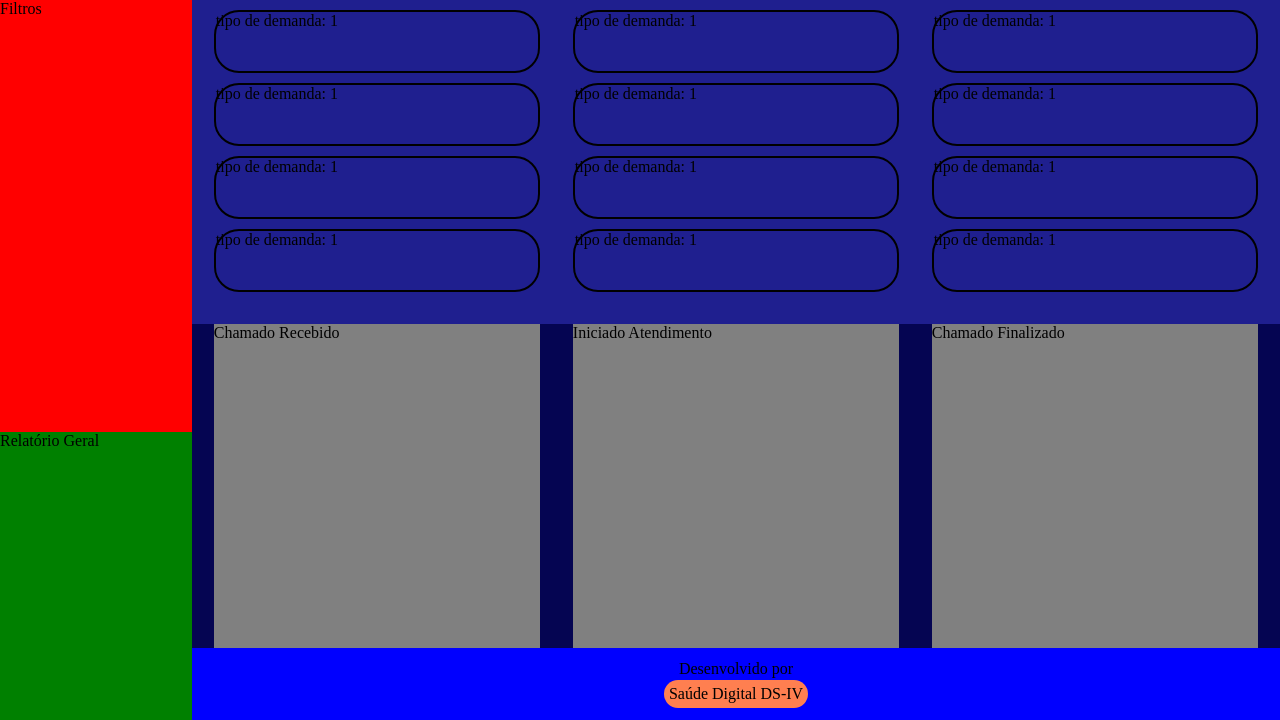
Repository: br-on/ddaf-chamados
Page: index.html
The author's editor kept a copy of each file at every save. The page is drawn from the files as they stood at one save, then again after the next save.
The browser window is 1280 px wide. The pictures show the whole page.

Above is the page before, as saved 2025-01-19 20:49:27.

### index.html
<!DOCTYPE html>
<html lang="pt-br">
<head>
    <meta charset="UTF-8">
    <meta name="viewport" content="width=device-width, initial-scale=1.0">
    <link rel="stylesheet" href="style.css">
    <title>Radar de Chamados</title>
</head>
<body>
    <header>
        <section class="filtros">Filtros</section>
        <section class="percentual">Relatório Geral</section>
    </header>
    <main>
        <section class="tipos-demandas">
            <div class="demanda-tipo">tipo de demanda: 1</div>
            <div class="demanda-tipo">tipo de demanda: 1</div>
            <div class="demanda-tipo">tipo de demanda: 1</div>
            <div class="demanda-tipo">tipo de demanda: 1</div>
            <div class="demanda-tipo">tipo de demanda: 1</div>
            <div class="demanda-tipo">tipo de demanda: 1</div>
            <div class="demanda-tipo">tipo de demanda: 1</div>
            <div class="demanda-tipo">tipo de demanda: 1</div>
            <div class="demanda-tipo">tipo de demanda: 1</div>
            <div class="demanda-tipo">tipo de demanda: 1</div>
            <div class="demanda-tipo">tipo de demanda: 1</div>
            <div class="demanda-tipo">tipo de demanda: 1</div>
        </section>
        <section class="andamento-demandas">
            <div class="demanda-andamento">Chamado Recebido</div>
            <div class="demanda-andamento">Iniciado Atendimento</div>
            <div class="demanda-andamento">Chamado Finalizado</div>
        </section>
        <footer> Desenvolvido por
            <div class="footer-sdds4">Saúde Digital DS-IV</div>
        </footer>
    </main>
</body>
</html>

### style.css
* {
    margin: 0;
    padding: 0;
}
body {
    background-color: black;
    display: flex;
    height: 100vh;
}
header {
    width: 15%;
    background-color: aqua;
}
.filtros {
    height: 60%;
    background-color: red;
}
.percentual {
    height: 40%;
    background-color: green;
}
main {
    width: 85%;
    background-color: aquamarine;
}
.tipos-demandas {
    height: 45%;
    background-color: rgb(31, 31, 143);
    display: grid;
    justify-content: center;
    grid-template-columns: 30% 30% 30%;
    grid-template-rows: 22.5% 22.5% 22.5% 22.5%;
    column-gap: 3%;
}
.andamento-demandas {
    height: 45%;
    background-color: rgb(5, 5, 82);
    display: grid;
    justify-content: center;
    grid-template-columns: 30% 30% 30%;
    column-gap: 3%
}
footer {
    height:10%;
    background-color: blue;
    display: flex;
    flex-direction: column;
    align-items: center;
    justify-content: center;
}
.demanda-tipo {
    border: solid rgb(0, 0, 0) 2px;
    border-radius: 25px;
    margin-top: 10px;
}
.demanda-andamento{
    background-color: gray;
}
.footer-sdds4{
    margin-top: 1.5px;
    background-color: coral;
    border-radius: 30px;
    padding: 5px;
}

After the next save:
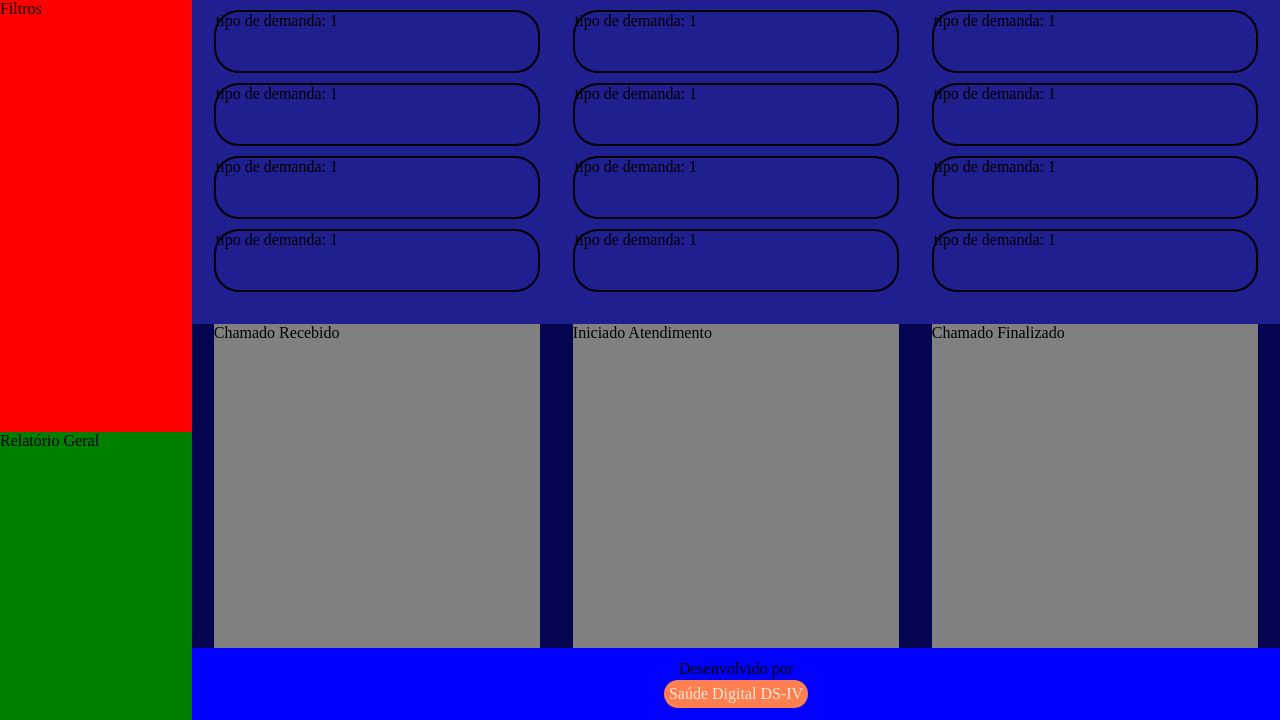
Saved 10 s later.
--- a/style.css
+++ b/style.css
@@ -57,6 +57,7 @@
     background-color: gray;
 }
 .footer-sdds4{
+    color: antiquewhite;
     margin-top: 1.5px;
     background-color: coral;
     border-radius: 30px;

After the save that followed:
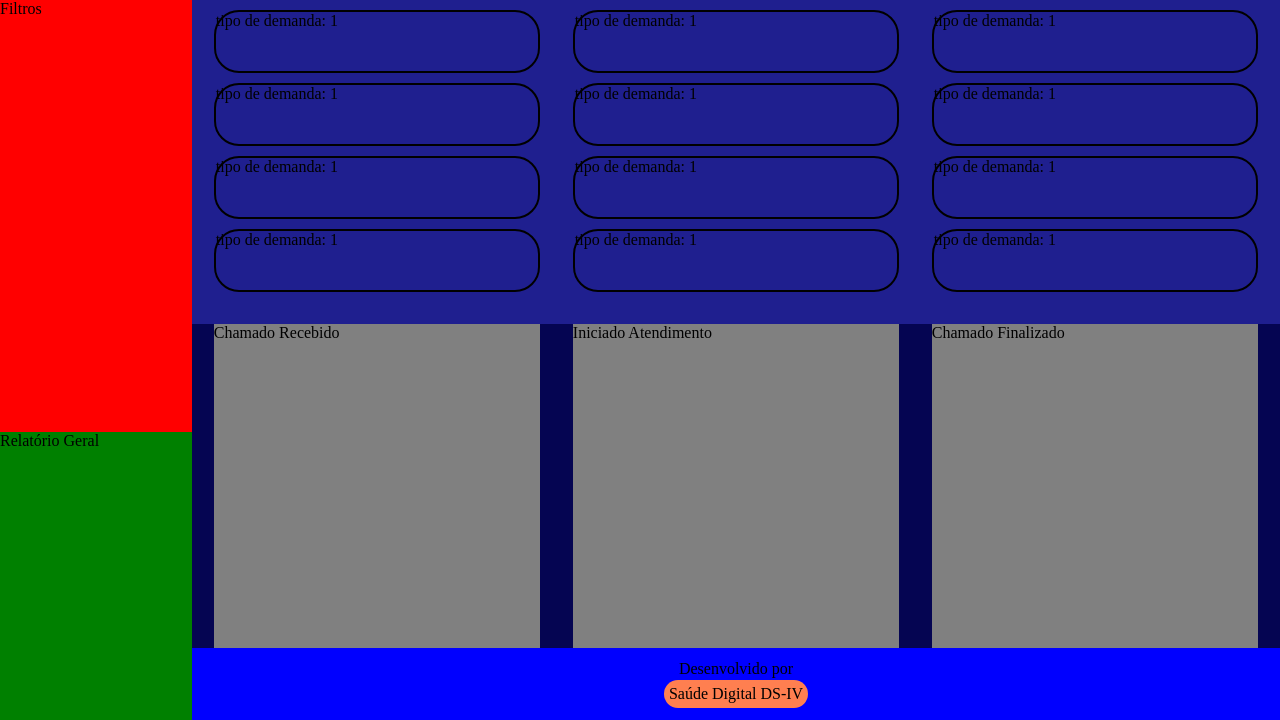
Saved 6 s later.
--- a/style.css
+++ b/style.css
@@ -57,7 +57,6 @@
     background-color: gray;
 }
 .footer-sdds4{
-    color: antiquewhite;
     margin-top: 1.5px;
     background-color: coral;
     border-radius: 30px;
